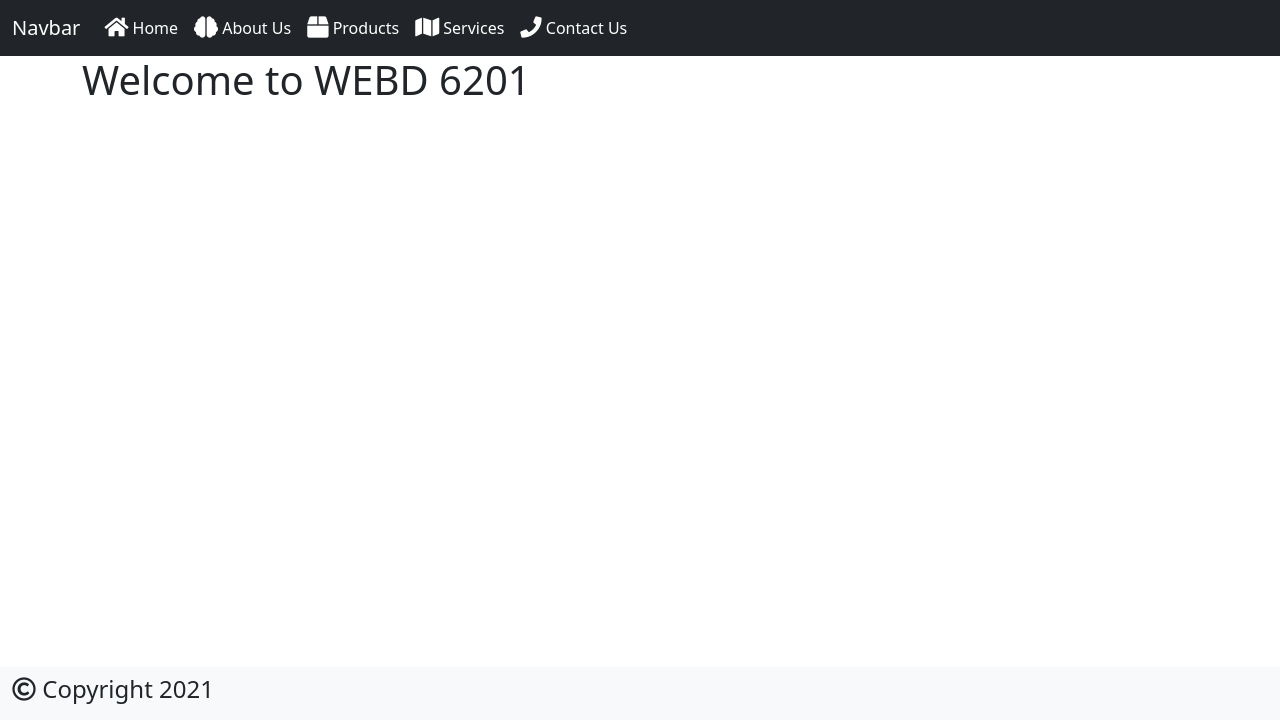
Repository: AshokSasi/WEBD6201-Week3
Page: index.html
The author's editor kept a copy of each file at every save. The page is drawn from the files as they stood at one save, then again after the next save.
The browser window is 1280 px wide. The pictures show the whole page.

Above is the page before, as saved 2021-01-20 09:37:44.

### index.html
<!DOCTYPE html>
<html lang="en">
<head>
    <meta charset="UTF-8">
    <meta name="viewport" content="width=device-width, initial-scale=1.0">
    <title>WEBD6201 - W2021 - ICE 1</title>
    <!-- CSS Section-->
    <link rel="stylesheet" href="./Content/app.css">
    <link rel="stylesheet" href="./node_modules/bootstrap/dist/css/bootstrap.min.css">
    <link rel="stylesheet" href="./node_modules/@fortawesome/fontawesome-free/css/all.min.css">
</head>
<body>
    <header>
        <nav class="navbar navbar-expand-lg navbar-dark bg-dark">
            <div class="container-fluid">
              <a class="navbar-brand" href="#">Navbar</a>
              <button class="navbar-toggler" type="button" data-bs-toggle="collapse" data-bs-target="#navbarSupportedContent" aria-controls="navbarSupportedContent" aria-expanded="false" aria-label="Toggle navigation">
                <span class="navbar-toggler-icon"></span>
              </button>
              <div class="collapse navbar-collapse" id="navbarSupportedContent">
                <ul class="navbar-nav me-auto mb-2 mb-lg-0">
                  <li class="nav-item">
                    <a class="nav-link active" aria-current="page" href="#"><i class="fas fa-home fa-lg"></i> Home</a>
                  </li>
                  <li class="nav-item">
                    <a class="nav-link active" aria-current="page" href="#"><i class="fas fa-brain fa-lg"></i> About Us</a>
                  </li>
                  <li class="nav-item">
                    <a class="nav-link active" aria-current="page" href="#"><i class="fas fa-box fa-lg"></i> Products</a>
                  </li>
                  <li class="nav-item">
                    <a class="nav-link active" aria-current="page" href="#"><i class="fas fa-map fa-lg"></i> Services</a>
                  </li>
                  <li class="nav-item">
                    <a class="nav-link active" aria-current="page" href="#"><i class="fas fa-phone fa-lg"></i> Contact Us</a>
                  </li>
                </ul>

              </div>
            </div>
          </nav>
    </header>

    <main class="container">
        <h1>Welcome to WEBD 6201</h1>

        <p id="paragraphOne"></p>
    </main>

    <!--Footer Nav -->
    <footer>
        <nav class="navbar fixed-bottom navbar-light bg-light">
            <div class="container-fluid">
              <h4><i class="far fa-copyright"></i> Copyright 2021</h4>
            </div>
          </nav>
    </footer>

    <!--Javascript section-->
    <script src="./Scripts/app.js"></script>
    <script src="./node_modules/jquery/dist/jquery.min.js"></script>
    <script src="./node_modules/bootstrap/dist/js/bootstrap.bundle.min.js"></script>
</body>
</html>

### Scripts/app.js

//IIFE Immediately Function Expression
//AKA - Anonymous Self- Executing Function
//Closure - Limits scop leak

"use strict";

(function()
{
    function Start()
    {
        console.log("App started ...");
        let paragraphOneText = "This is a simple site to demonstrate DOM manipulation for ICE 1";

        let paragraphOneElement = document.getElementById("paragraphOne");
        let paragraphOneParagraph = document.getElementsByTagName("p")[0];

        let paragraphOneQuery = document.querySelector("p");

        let paragraphOneQuerys = document.querySelectorAll("p");
        console.log(paragraphOneElement);
        console.log(paragraphOneParagraph);
        console.log(paragraphOneQuery);
        console.log(paragraphOneQuerys);
    }
    window.addEventListener("load", Start);
})();

Loaded but not shown: node_modules/bootstrap/dist/css/bootstrap.min.css (library); node_modules/@fortawesome/fontawesome-free/css/all.min.css (library); node_modules/jquery/dist/jquery.min.js (library); node_modules/bootstrap/dist/js/bootstrap.bundle.min.js (library); Content/app.css (no stored copy; drawn as an empty file)

After the next save:
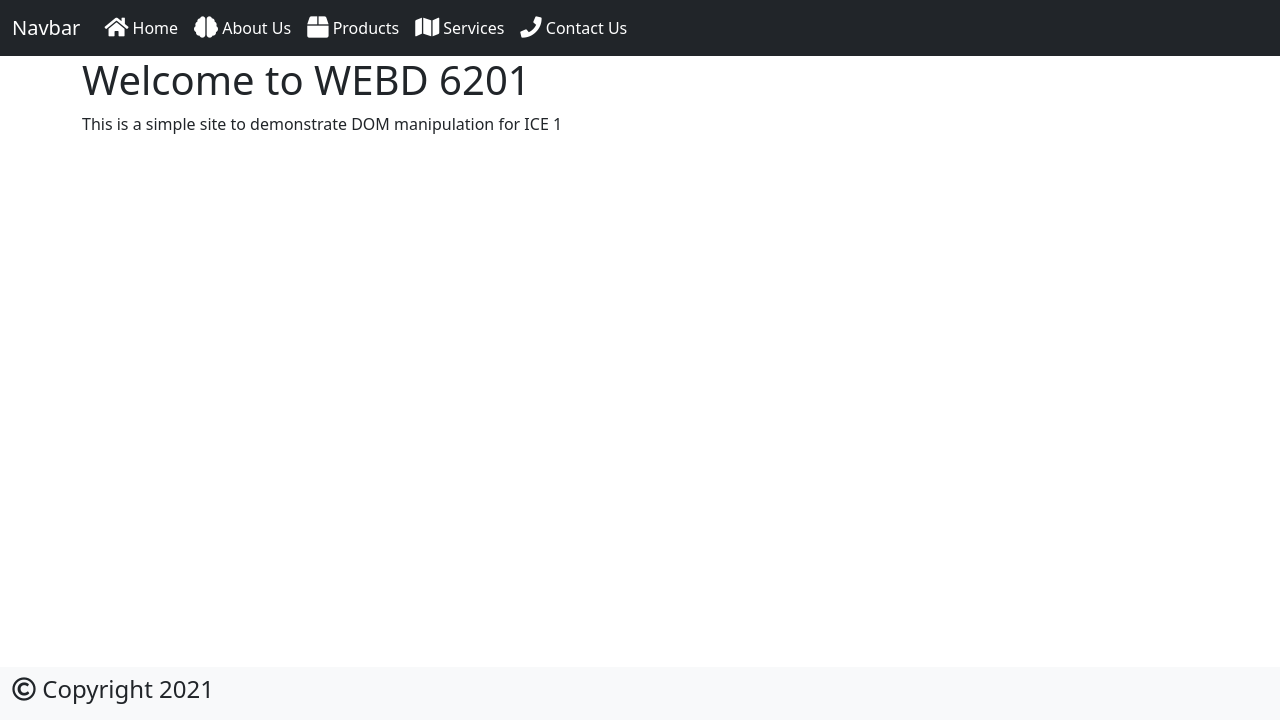
Saved 2 min 16 s later.
--- a/Scripts/app.js
+++ b/Scripts/app.js
@@ -13,15 +13,8 @@
         let paragraphOneText = "This is a simple site to demonstrate DOM manipulation for ICE 1";
 
         let paragraphOneElement = document.getElementById("paragraphOne");
-        let paragraphOneParagraph = document.getElementsByTagName("p")[0];
 
-        let paragraphOneQuery = document.querySelector("p");
-
-        let paragraphOneQuerys = document.querySelectorAll("p");
-        console.log(paragraphOneElement);
-        console.log(paragraphOneParagraph);
-        console.log(paragraphOneQuery);
-        console.log(paragraphOneQuerys);
+        paragraphOneElement.textContent= paragraphOneText
     }
     window.addEventListener("load", Start);
 })();
